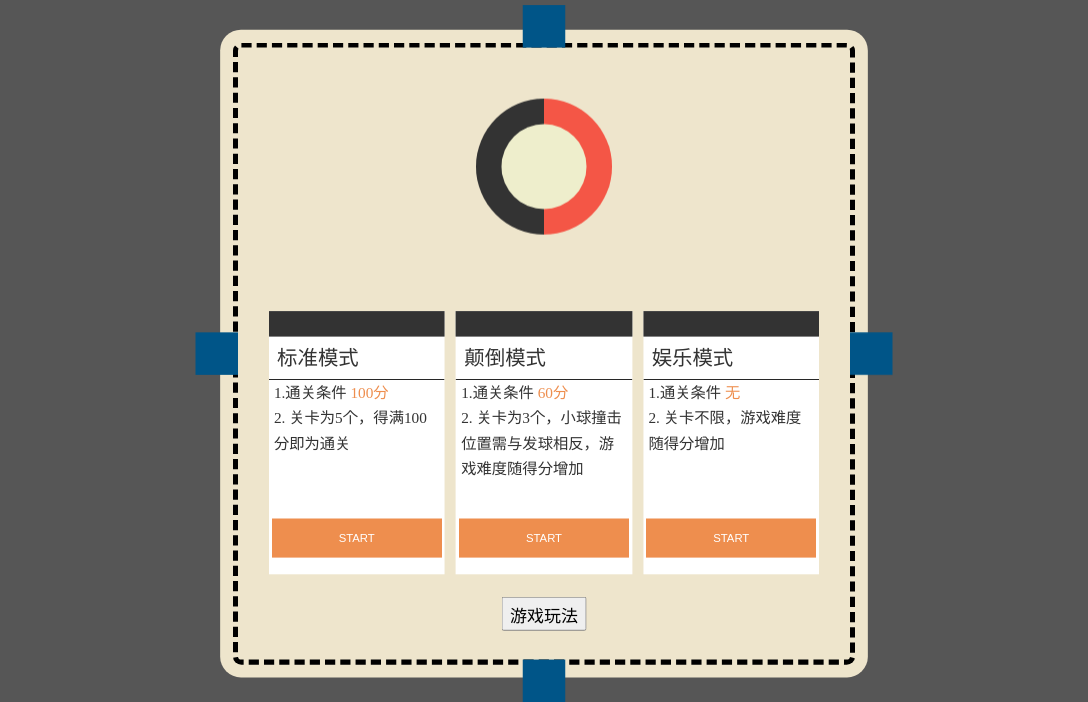
Repository: EEETA/ball-game
Page: theBall2/index.html
An editor plug-in stored every save of this project. The page is shown before and after the next save, followed by the edit.
The browser window is 1280 px wide. The pictures show the whole page, at 85% of full size.

Above is the page before, as saved 2018-08-20 11:24:28.

After the next save:
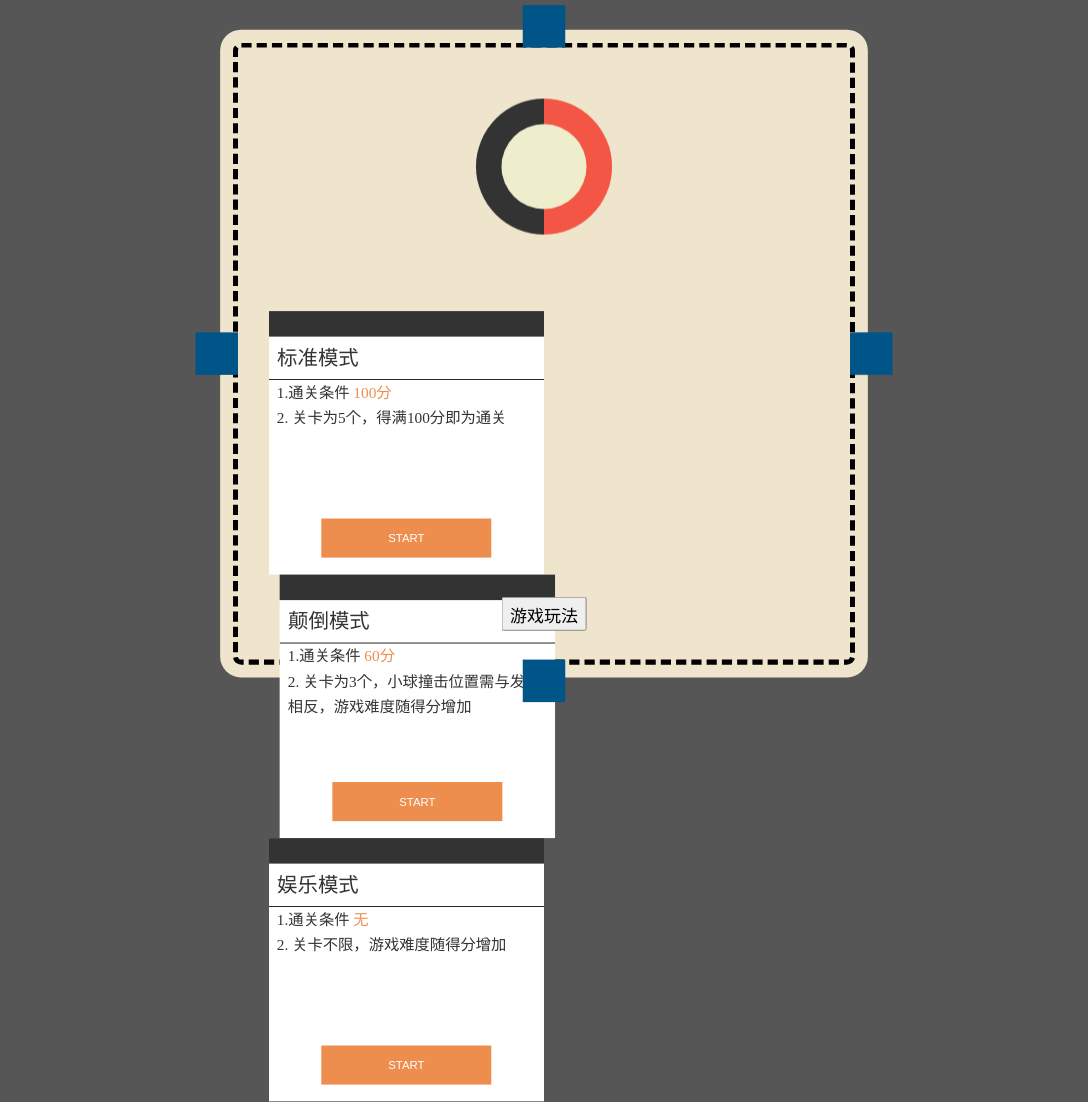
Saved 60 s later.
--- a/theBall2/style/index.css
+++ b/theBall2/style/index.css
@@ -7,7 +7,6 @@ button{outline: none;}
 .box{
     position: relative;
     margin: 50px auto 0;
-    /* overflow: hidden; */
     width: 720px;
     height: 720px;
     background: #eee5cc;
@@ -21,11 +20,6 @@ button{outline: none;}
     width: 160px;
     height: 160px;
     margin:60px auto 0;
-    /* transform:rotate(0deg);
-    -ms-transform:rotate(0deg);
-    -moz-transform:rotate(0deg);
-    -webkit-transform:rotate(0deg);
-    -o-transform:rotate(0deg); */
     opacity:1
 }
 .redPart_box,.blackPart_box{
@@ -263,7 +257,7 @@ button{outline: none;}
     overflow: hidden;
     position: relative;
     float:left;
-    width: 32%;
+    width: 50%;
     height: 280px;
     background:#fff;
     color:#333;
